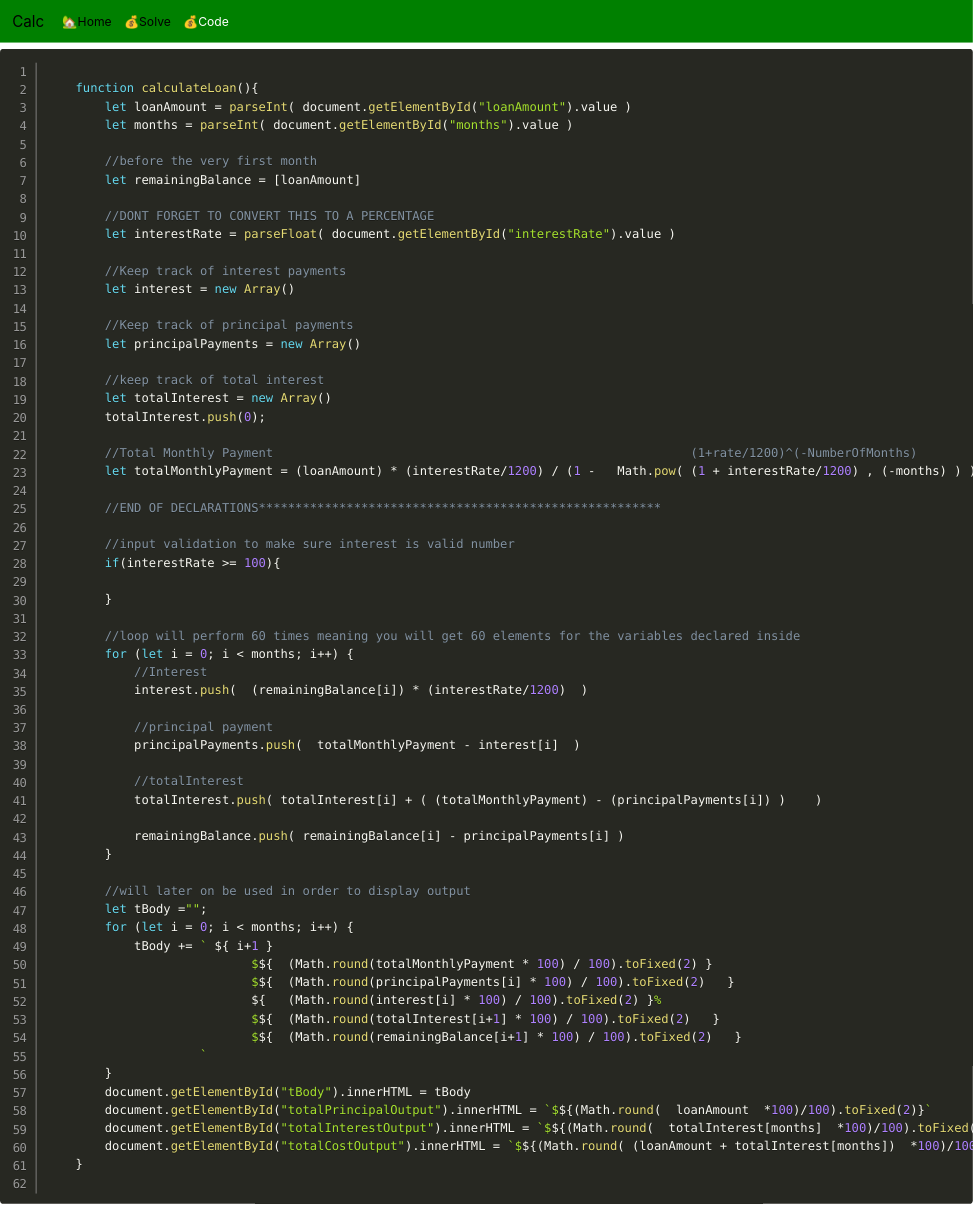
Repository: zhadjah9559/MortgageManager
Page: code.html
An editor plug-in stored every save of this project. The page is shown before and after a run of saves, followed by the edit.
The browser window is 1280 px wide. The pictures show the whole page, at 76% of full size.

Above is the page before, as saved 2021-01-17 14:28:11.

After the next 2 saves:
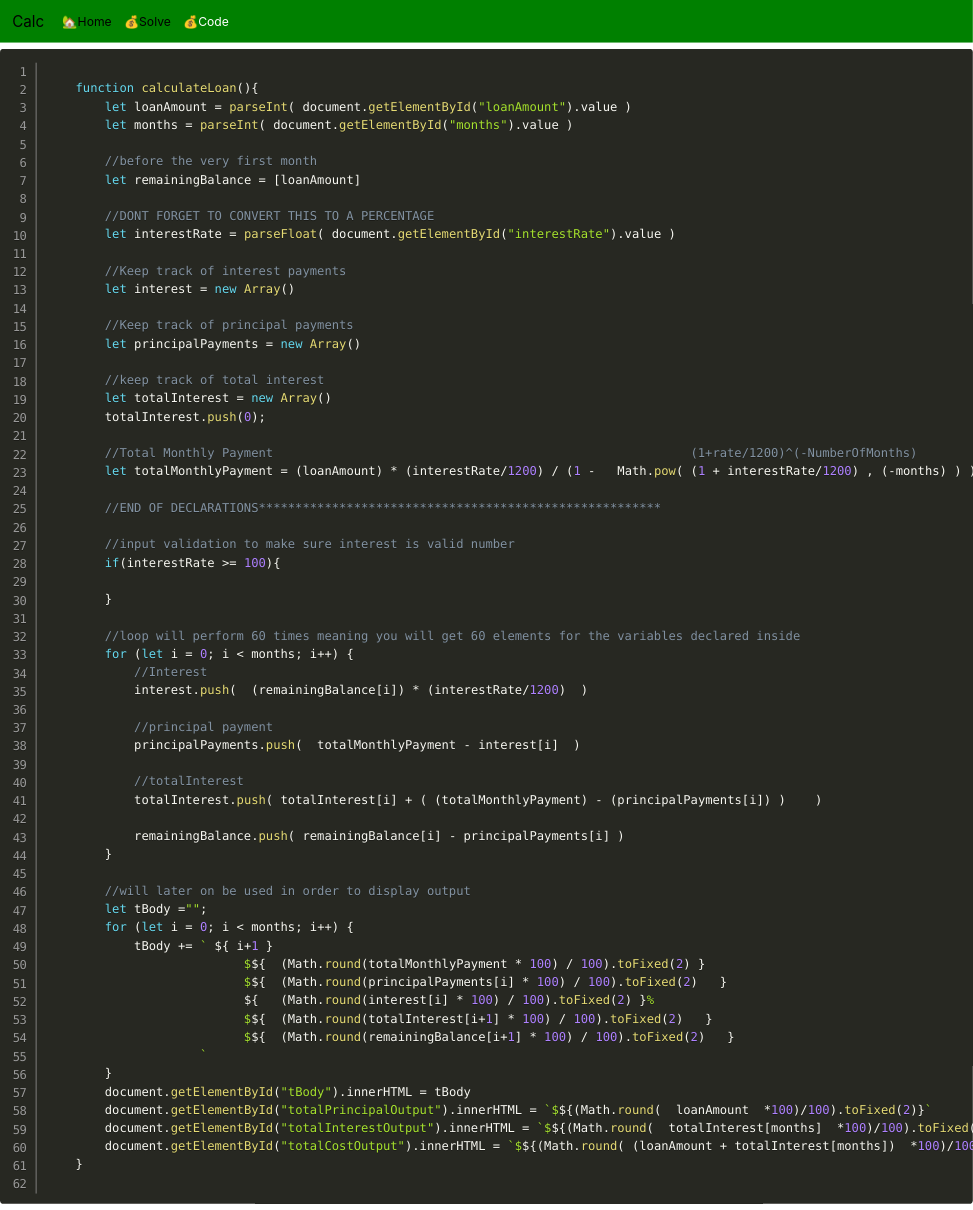
The 2 saves are shown as one change because they came seconds apart.
The last was saved 17 s later.
--- a/code.html
+++ b/code.html
@@ -81,11 +81,11 @@
         let tBody ="";
         for (let i = 0; i < months; i++) {
             tBody += `<tr> <td>${ i+1 }</td>
-                            <td>$${  (Math.round(totalMonthlyPayment * 100) / 100).toFixed(2) }</td>
-                            <td>$${  (Math.round(principalPayments[i] * 100) / 100).toFixed(2)   }</td>
-                            <td>${   (Math.round(interest[i] * 100) / 100).toFixed(2) }%</td>
-                            <td>$${  (Math.round(totalInterest[i+1] * 100) / 100).toFixed(2)   }</td>
-                            <td>$${  (Math.round(remainingBalance[i+1] * 100) / 100).toFixed(2)   }</td>
+                           <td>$${  (Math.round(totalMonthlyPayment * 100) / 100).toFixed(2) }</td>
+                           <td>$${  (Math.round(principalPayments[i] * 100) / 100).toFixed(2)   }</td>
+                           <td>${   (Math.round(interest[i] * 100) / 100).toFixed(2) }%</td>
+                           <td>$${  (Math.round(totalInterest[i+1] * 100) / 100).toFixed(2)   }</td>
+                           <td>$${  (Math.round(remainingBalance[i+1] * 100) / 100).toFixed(2)   }</td>
                      </tr>`
         }
         document.getElementById("tBody").innerHTML = tBody
